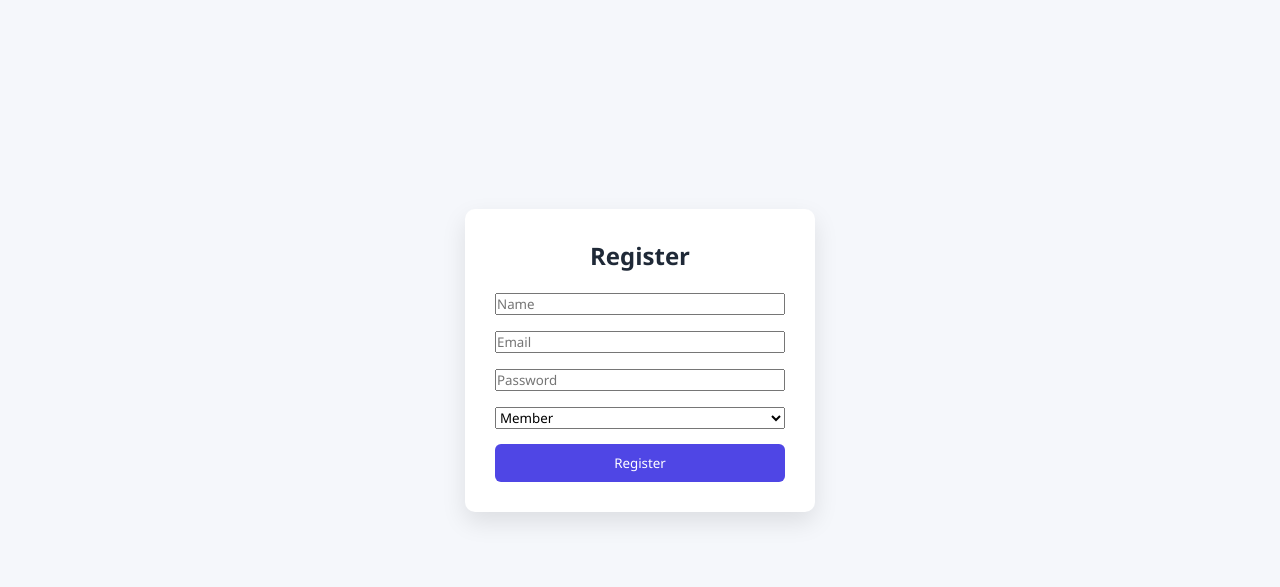
Repository: Saksham706/ethara-assignment
Page: /register (app in frontend/)
An editor plug-in stored every save of this project. The page is shown before and after the next save, followed by the edit.
The browser window is 1280 px wide. The pictures show the whole page.
The project was rebuilt for these pictures with package versions that can differ from the ones it lists, and the page was loaded fresh each time. Also part of the build but not shown: frontend/vite.config.js, frontend/src/pages/Login.jsx, frontend/src/styles/dashboard.css, frontend/src/components/Navbar.jsx, frontend/src/styles/forms.css, frontend/src/components/ProjectForm.jsx, frontend/src/components/TaskForm.jsx, frontend/src/pages/Dashboard.jsx and 1 more.

Above is the page before, as saved 2026-04-30 18:00:59.

### frontend/src/App.jsx
import { BrowserRouter, Routes, Route } from "react-router-dom";
import Login from "./pages/Login";
import Register from "./pages/Register";
import Dashboard from "./pages/Dashboard";
import PrivateRoute from "./routes/PrivateRoute";
import "./styles/global.css";

export default function App() {
  return (
    <BrowserRouter>
      <Routes>
        <Route path="/" element={<Login />} />
        <Route path="/register" element={<Register />} />

        <Route path="/dashboard" element={
          <PrivateRoute>
            <Dashboard />
          </PrivateRoute>
        } />
      </Routes>
    </BrowserRouter>
  );
}

### frontend/src/pages/Register.jsx
import "../styles/auth.css";
import { useState } from "react";
import API from "../api/axios";
import { useNavigate } from "react-router-dom";

export default function Register() {
  const [form, setForm] = useState({
    name: "",
    email: "",
    password: "",
    role: "member",
  });

  const navigate = useNavigate();

  const submit = async (e) => {
    e.preventDefault();
    const { data } = await API.post("/auth/register", form);
    localStorage.setItem("user", JSON.stringify(data));
    navigate("/dashboard");
  };

  return (
    <div className="auth-container">
      <form className="auth-box" onSubmit={submit}>
        <h2>Register</h2>
        <input placeholder="Name" onChange={(e)=>setForm({...form,name:e.target.value})}/>
        <input placeholder="Email" onChange={(e)=>setForm({...form,email:e.target.value})}/>
        <input type="password" placeholder="Password" onChange={(e)=>setForm({...form,password:e.target.value})}/>
        <select onChange={(e)=>setForm({...form,role:e.target.value})}>
          <option value="member">Member</option>
          <option value="admin">Admin</option>
        </select>
        <button>Register</button>
      </form>
    </div>
  );
}

### frontend/src/styles/global.css
:root {
  --primary: #4f46e5;
  --bg: #f5f7fb;
  --card: #ffffff;
  --text: #1f2937;
  --border: #e5e7eb;
}

* {
  margin: 0;
  padding: 0;
  box-sizing: border-box;
  font-family: "Segoe UI", sans-serif;
}

body {
  background: var(--bg);
  color: var(--text);
}

button {
  cursor: pointer;
  border: none;
  border-radius: 6px;
  padding: 8px 14px;
  background: var(--primary);
  color: white;
}

button:hover {
  opacity: 0.9;
}

### frontend/src/styles/auth.css
/* src/styles/auth.css */

.auth-container {
  height: 100vh;
  display: flex;
  justify-content: center;
  align-items: center;
}

.auth-box {
  background: white;
  padding: 30px;
  width: 350px;
  border-radius: 10px;
  box-shadow: 0 10px 25px rgba(0,0,0,0.1);
}

.auth-box h2 {
  margin-bottom: 20px;
  text-align: center;
}

.auth-box input,
.auth-box select {
  width: 100%;
  margin-bottom: 15px;
}

.auth-box button {
  width: 100%;
  padding: 10px;
  background: #4f46e5;
  color: white;
  border-radius: 6px;
}

.auth-box button:hover {
  background: #4338ca;
}

### frontend/src/api/axios.js
import axios from "axios";

const API = axios.create({
  baseURL: import.meta.env.VITE_API_URL,
});

API.interceptors.request.use((req) => {
  const user = JSON.parse(localStorage.getItem("user"));
  if (user?.token) {
    req.headers.Authorization = `Bearer ${user.token}`;
  }
  return req;
});

export default API;

Loaded but not shown: frontend/src/main.jsx (common file)

After the next save:
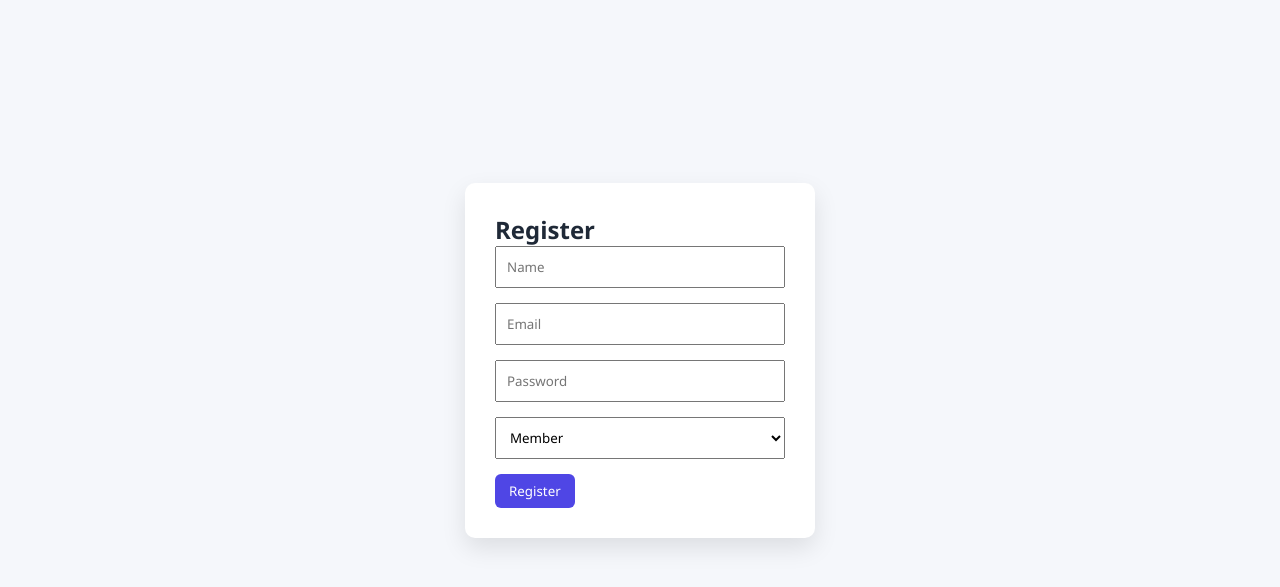
Saved 7 s later.
--- a/frontend/src/styles/auth.css
+++ b/frontend/src/styles/auth.css
@@ -1,5 +1,3 @@
-/* src/styles/auth.css */
-
 .auth-container {
   height: 100vh;
   display: flex;
@@ -8,32 +6,16 @@
 }
 
 .auth-box {
+  width: 350px;
+  padding: 30px;
   background: white;
-  padding: 30px;
-  width: 350px;
   border-radius: 10px;
   box-shadow: 0 10px 25px rgba(0,0,0,0.1);
-}
-
-.auth-box h2 {
-  margin-bottom: 20px;
-  text-align: center;
 }
 
 .auth-box input,
 .auth-box select {
   width: 100%;
   margin-bottom: 15px;
+  padding: 10px;
 }
-
-.auth-box button {
-  width: 100%;
-  padding: 10px;
-  background: #4f46e5;
-  color: white;
-  border-radius: 6px;
-}
-
-.auth-box button:hover {
-  background: #4338ca;
-}
